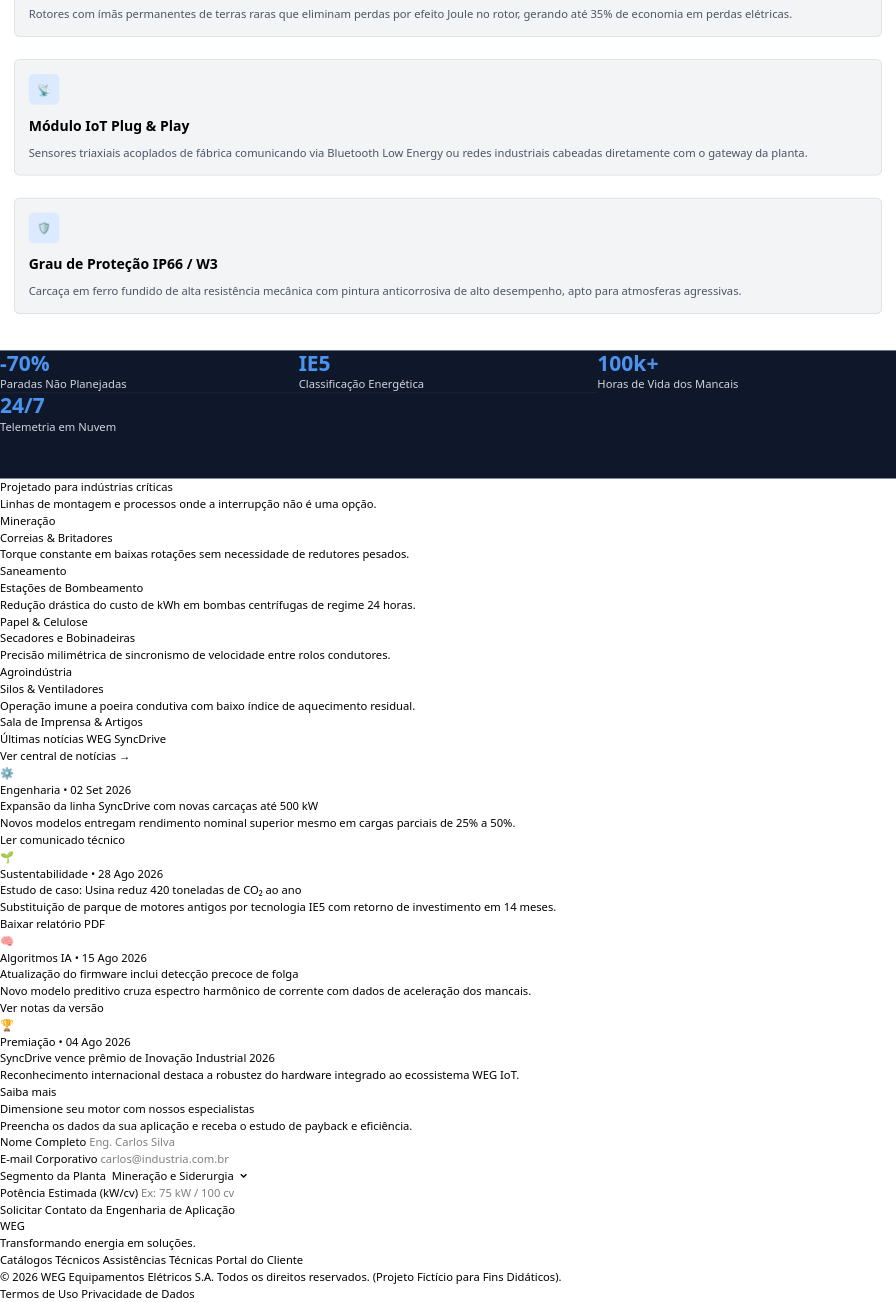
Repository: camilewng/Exercicio-Tailwind
Page: index.html
The author's editor kept a copy of each file at every save. The page is drawn from the files as they stood at one save, then again after a run of saves.
The browser window is 1280 px wide. The pictures show the part of the page from y = 1321 to 3241 px (the page is 3181 px tall before and 3241 px after), at 70% of full size.

Above is the page before, as saved 2026-09-09 16:08:09.

After the next 4 saves:
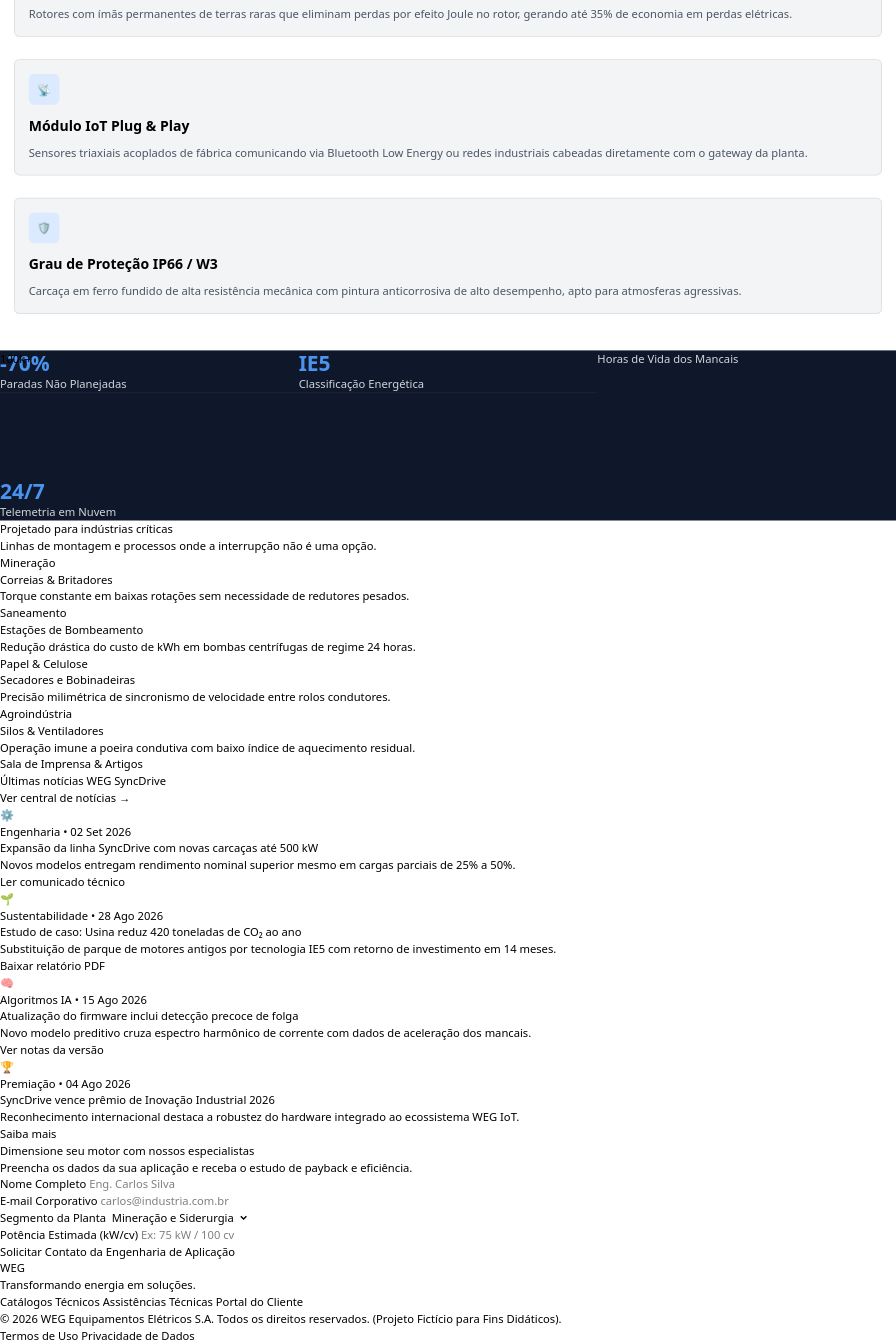
The 4 saves are shown as one change because they came seconds apart.
The last was saved 17 s later.
--- a/index.html
+++ b/index.html
@@ -170,7 +170,7 @@
             <div class="text-blue-400/90 font-black text-3xl">IE5</div>
             <div class="text-gray-300">Classificação Energética</div>
           </div>
-          <div>
+          <div class="col-start-1 col-end-2 row-start-1 row-end-2 >
             <div class="text-blue-400/90 font-black text-3xl">100k+</div>
             <div class="text-gray-300">Horas de Vida dos Mancais</div>
           </div>

After the save that followed:
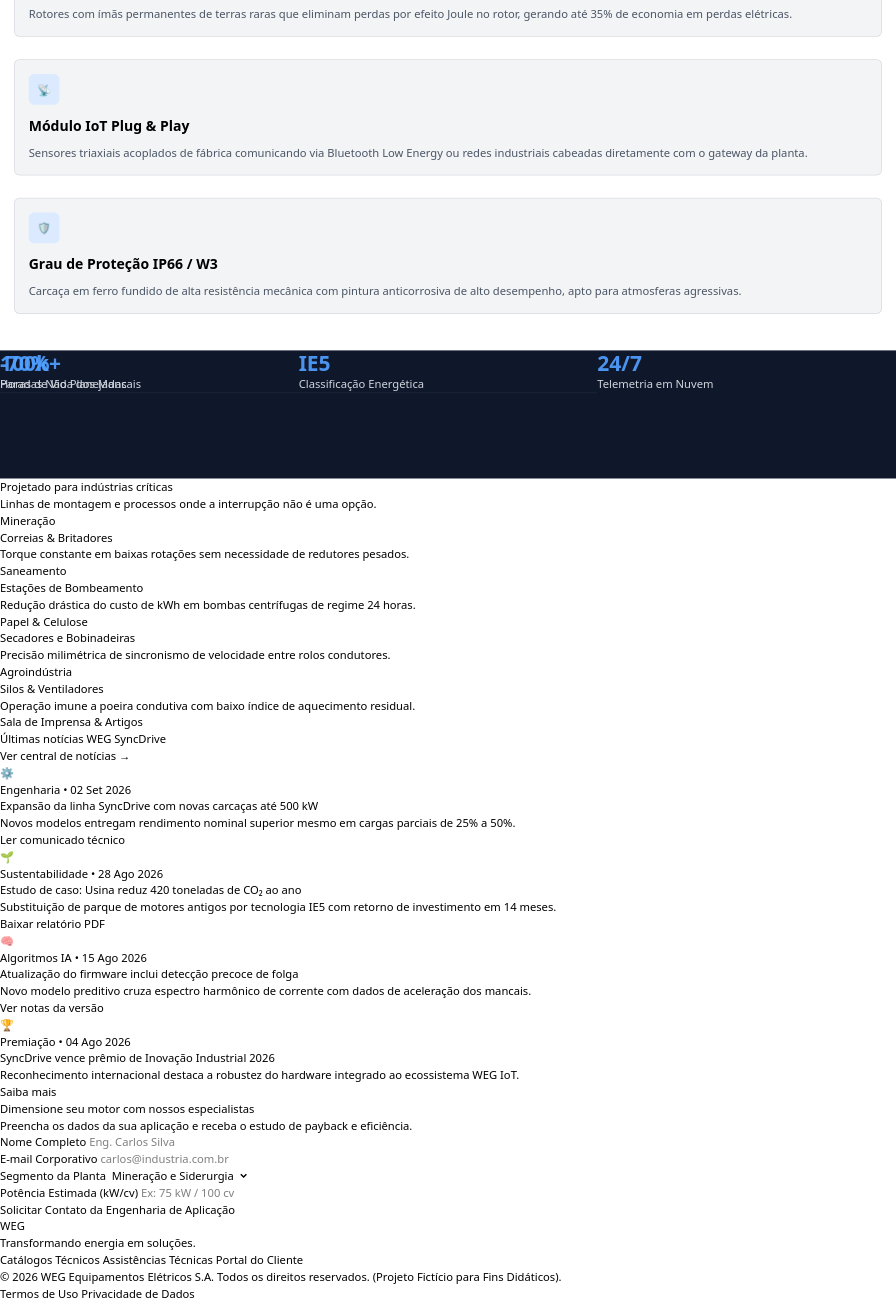
Saved 5 s later.
--- a/index.html
+++ b/index.html
@@ -170,7 +170,7 @@
             <div class="text-blue-400/90 font-black text-3xl">IE5</div>
             <div class="text-gray-300">Classificação Energética</div>
           </div>
-          <div class="col-start-1 col-end-2 row-start-1 row-end-2 >
+          <div class="col-start-1 col-end-2 row-start-1 row-end-2" >
             <div class="text-blue-400/90 font-black text-3xl">100k+</div>
             <div class="text-gray-300">Horas de Vida dos Mancais</div>
           </div>
